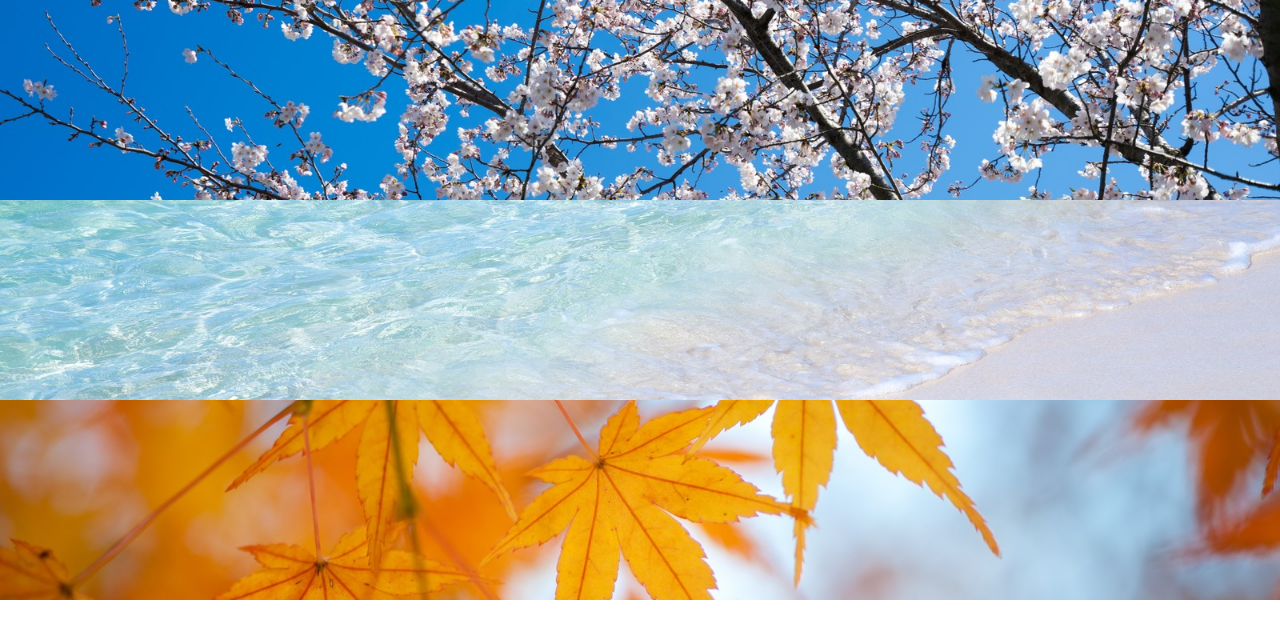
Repository: eyaonu/application2
Page: chapter6/answer6.html
The author's editor kept a record of every edit. The page is drawn from the files as they stood at one moment, then again after the next edit.
The browser window is 1280 px wide. The pictures show the whole page.

Above is the page before.

After the next edit:
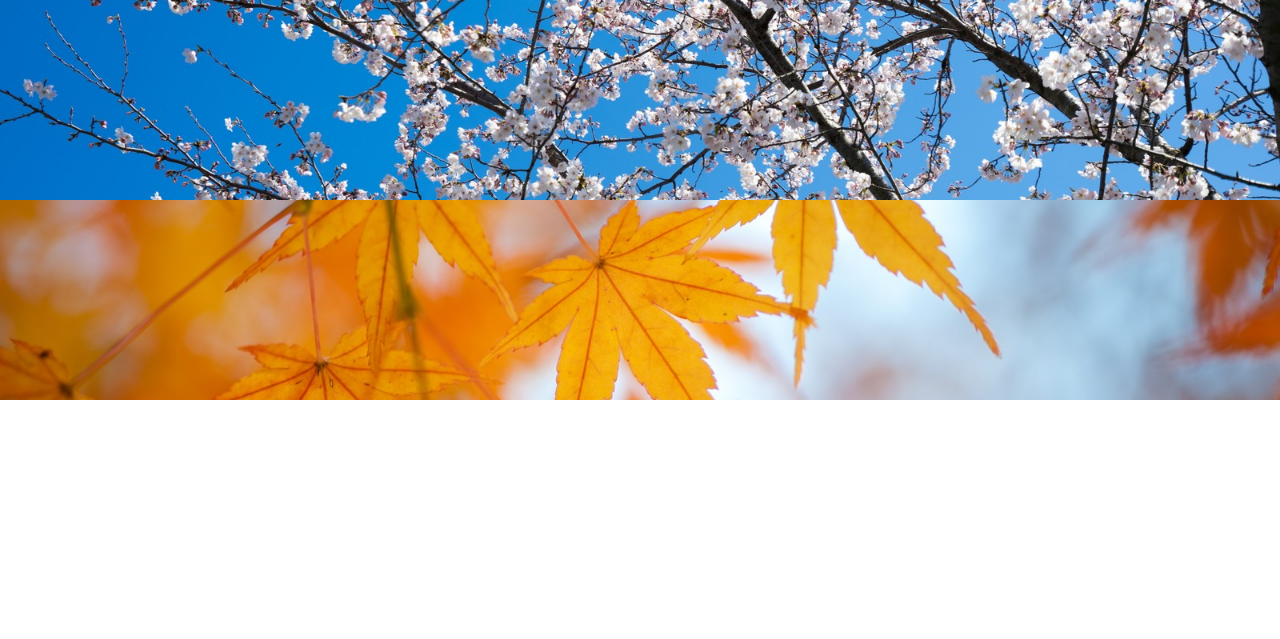
The edit:
--- a/chapter6/style6.css
+++ b/chapter6/style6.css
@@ -17,7 +17,7 @@ header {
   background-position: center; /* 背景画像を中央に配置 */
 }
 
-.main-visual {
+main-visual {
   width: 100%;
   height: 200px;
   background-image: url(img/box2.jpg);
